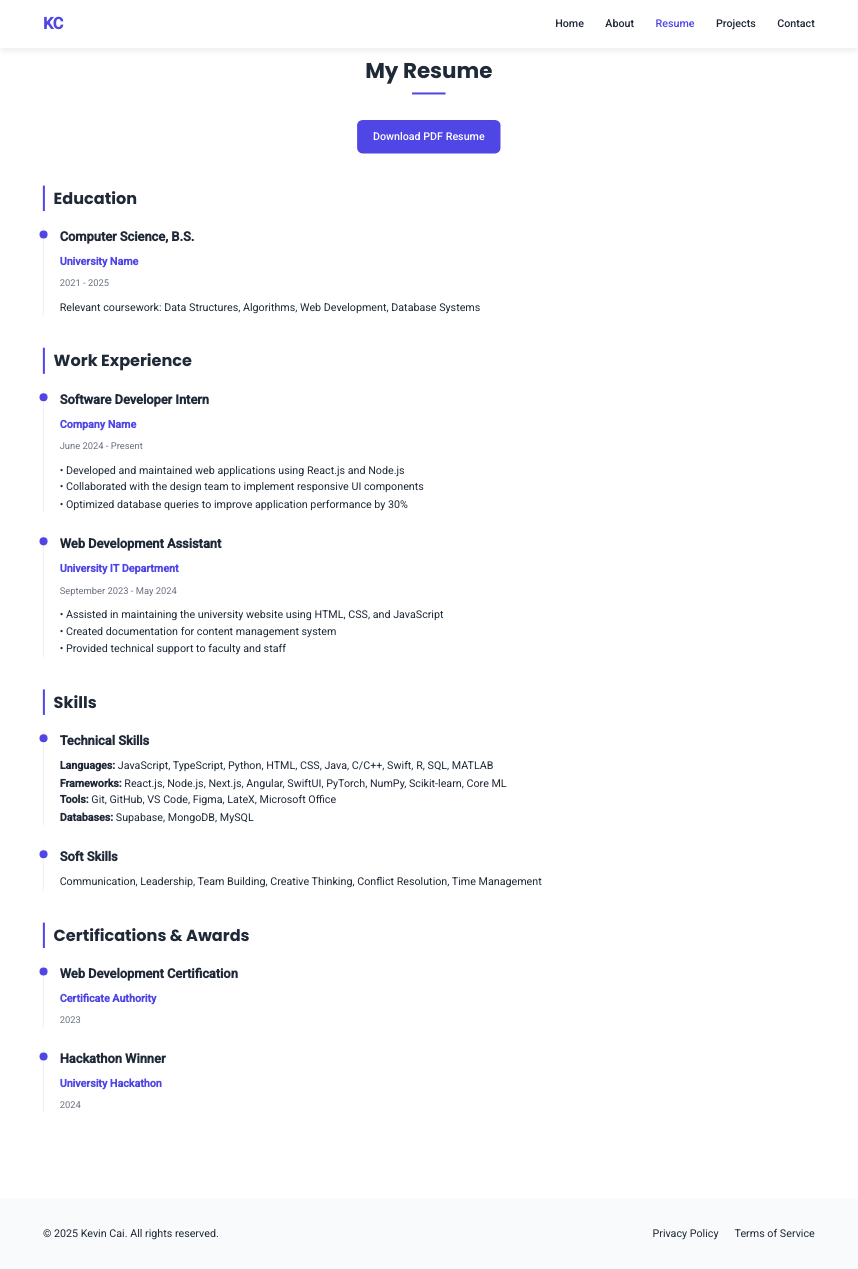
Repository: itskevbo/E-Portfolio
Page: pages/resume.html
These files come from the project's save history. The page is drawn as it stood at one moment and after a run of saves; the edit follows.
The browser window is 1280 px wide. The pictures show the whole page, at 67% of full size.

Above is the page before, as saved 2025-04-15 00:05:32.

After the next 3 saves:
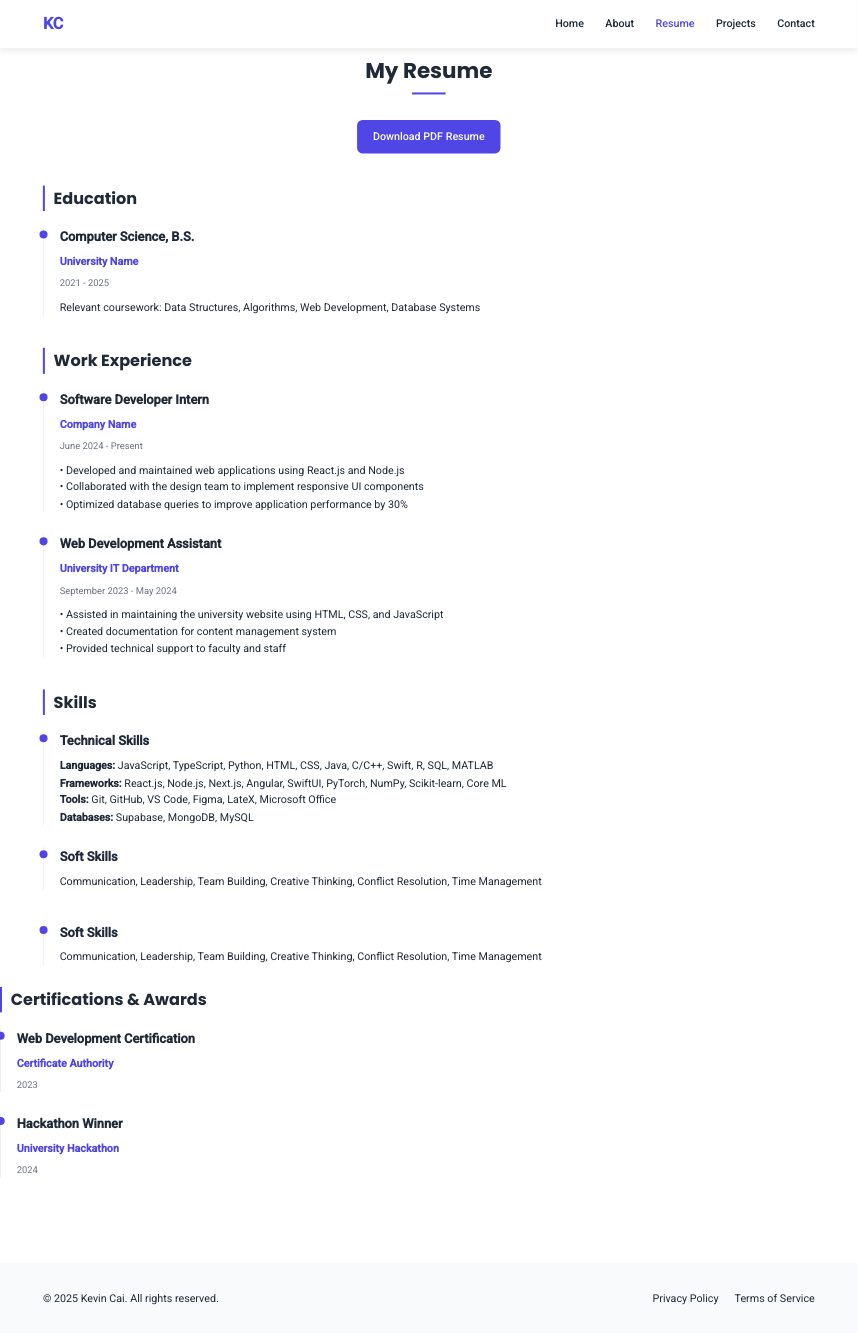
The 3 saves are shown as one change because they came seconds apart.
The last was saved 21 s later.
--- a/pages/resume.html
+++ b/pages/resume.html
@@ -183,6 +183,14 @@
                     </div>
                 </div>
 
+                    <div class="resume-item">
+                        <h4 class="resume-item__title">Soft Skills</h4>
+                        <p class="resume-item__description">
+                            Communication, Leadership, Team Building, Creative Thinking, Conflict Resolution, Time Management
+                        </p>
+                    </div>
+                </div>
+
                 <!-- Certifications and Awards -->
                 <div class="resume-section">
                     <h3 class="resume-section__title">Certifications & Awards</h3>
